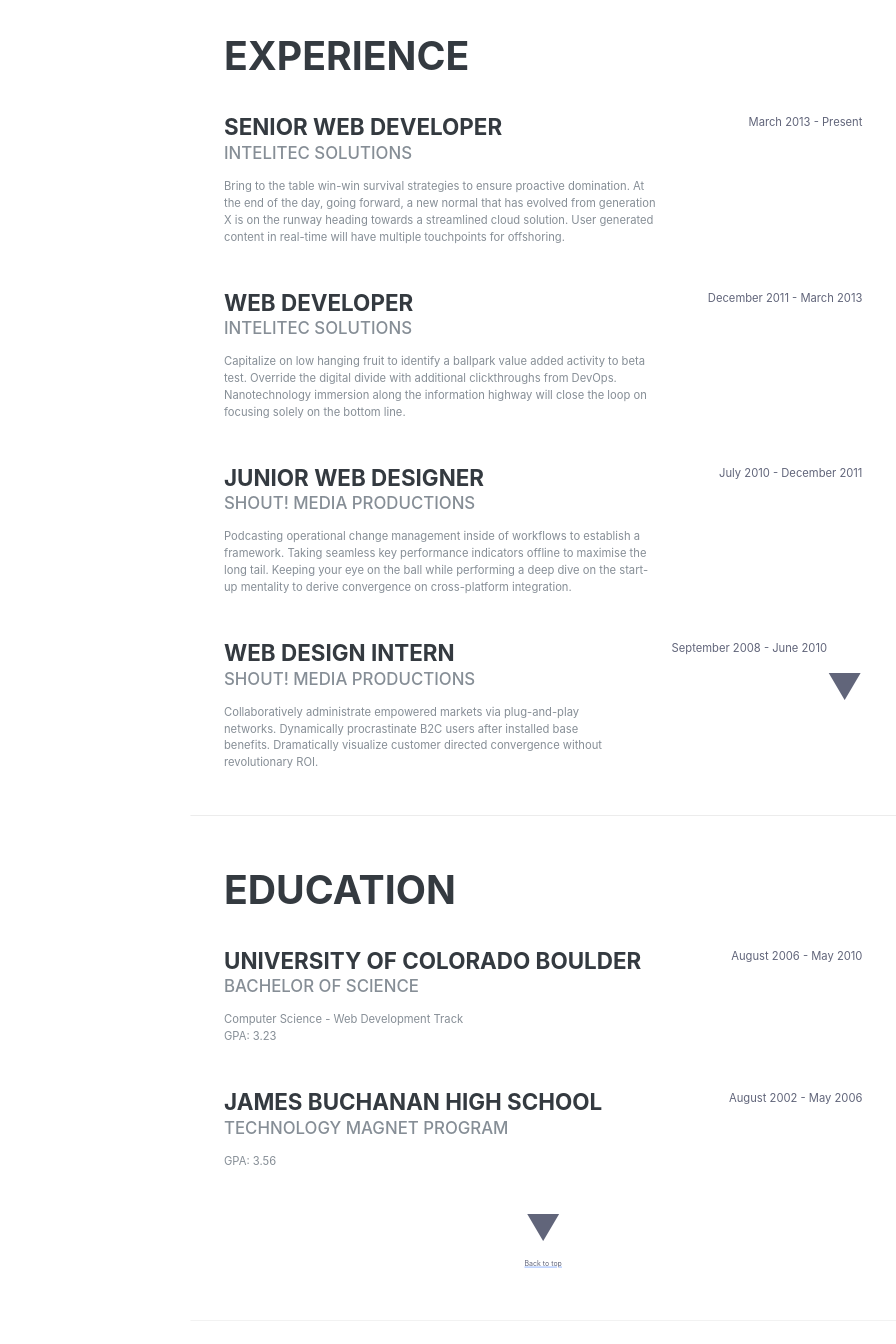
Repository: whitethugcat/whitethugcat.github.io
Page: class/resume-practice/index.html
The author's editor kept a record of every edit. The page is drawn from the files as they stood at one moment, then again after the next edit.
The browser window is 1280 px wide. The pictures show the part of the page from y = 721 to 2641 px (the page is 4770 px tall), at 70% of full size.
Some web fonts or font styles are not loaded; a fallback is used.

Above is the page before.

After the next edit:
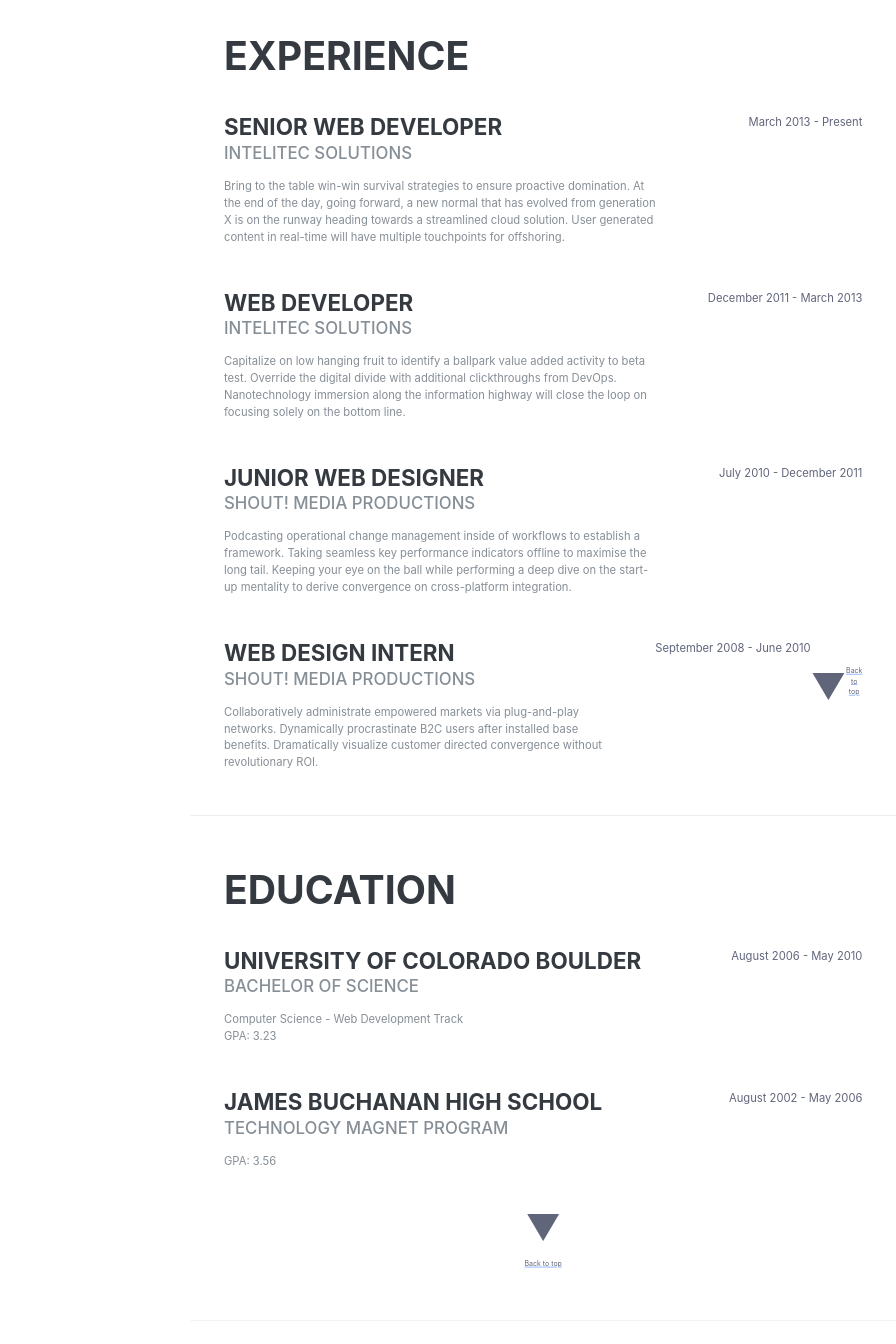
The edit:
--- a/class/resume-practice/index.html
+++ b/class/resume-practice/index.html
@@ -142,8 +142,11 @@
           <a href="#education">
           &#9660;</a>
         </div>
-        </div>
-
+          <div class=back-to-top>
+          <a href="#page-top">
+          Back to top</a>
+        </div>
+        </div>
       </div>
 
     </section>
